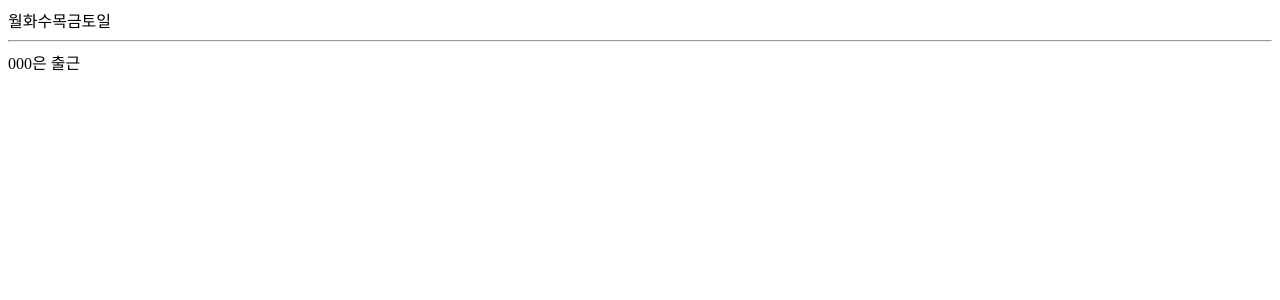
Repository: jin4344/study
Page: 종합실습/task02.html
The author's editor kept a copy of each file at every save. The page is drawn from the files as they stood at one save, then again after the next save.
The browser window is 1280 px wide. The pictures show the whole page.

Above is the page before, as saved 2023-05-27 17:49:31.

### 종합실습/task02.html
<!DOCTYPE html>
<html lang="en">
  <head>
    <meta charset="UTF-8" />
    <meta http-equiv="X-UA-Compatible" content="IE=edge" />
    <meta name="viewport" content="width=device-width, initial-scale=1.0" />
    <title>task2</title>
  </head>
  <body>
    <div>
      <span>월화수목금토일</span>
      <hr />
      <span>000은 출근</span>
    </div>
  </body>
</html>

After the next save:
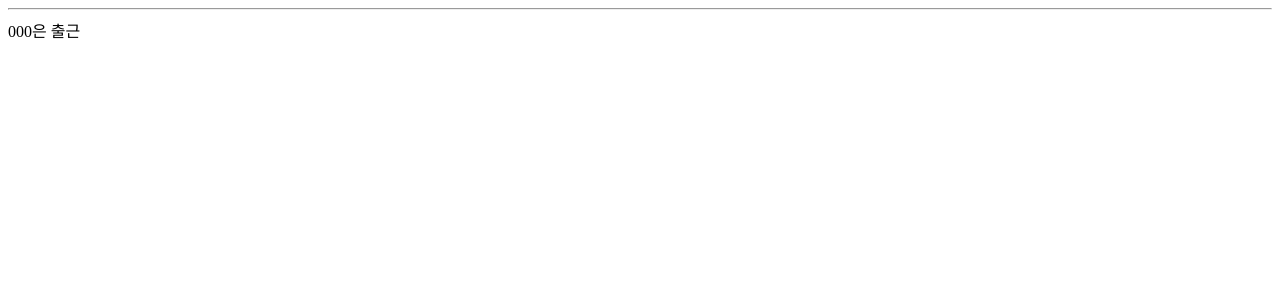
Saved 56 s later.
--- a/종합실습/task02.html
+++ b/종합실습/task02.html
@@ -8,7 +8,7 @@
   </head>
   <body>
     <div>
-      <span>월화수목금토일</span>
+      <span></span>
       <hr />
       <span>000은 출근</span>
     </div>
